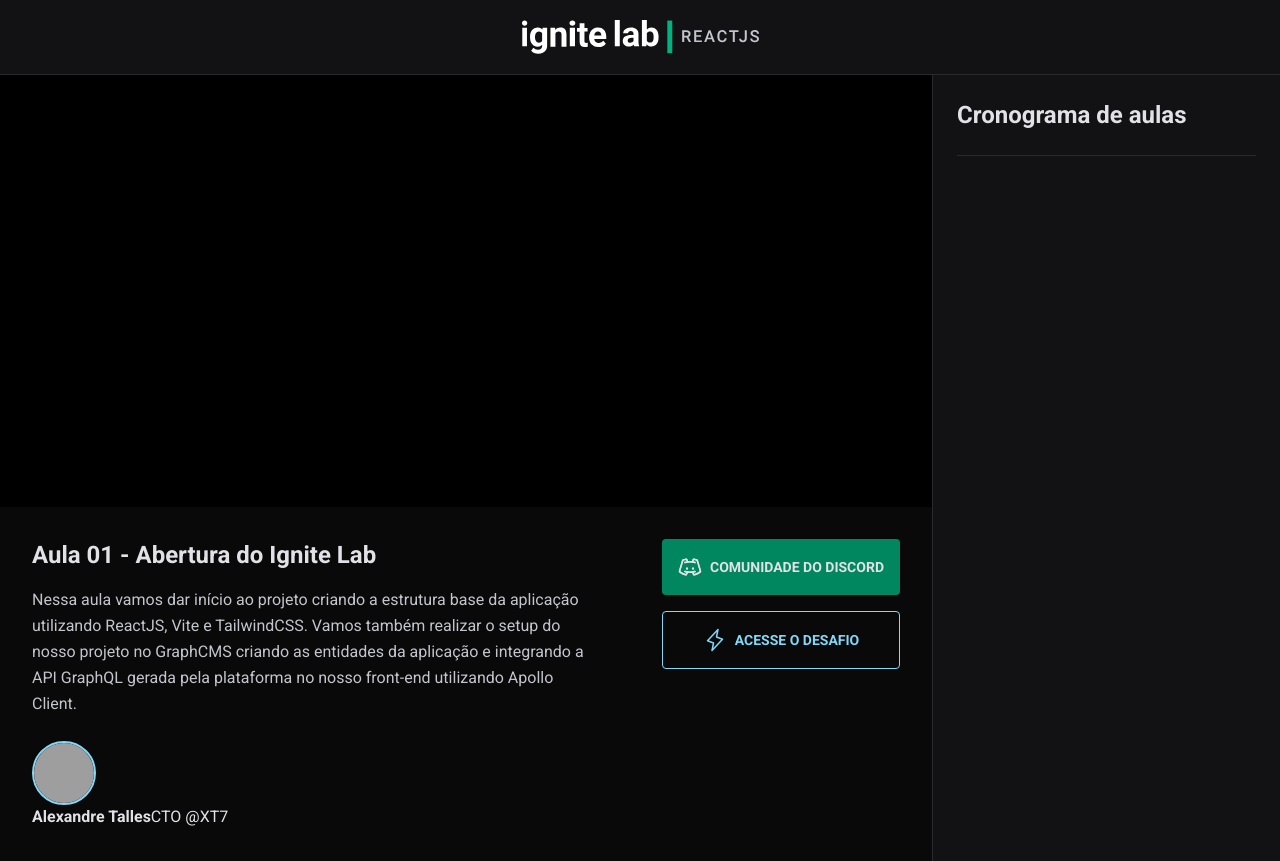
Repository: XFERRER7/Ignite-lab
Page: /
An editor plug-in stored every save of this project. The page is shown before and after the next save, followed by the edit.
The browser window is 1280 px wide. The pictures show the whole page.
Pictures or frames that could not be fetched are drawn as grey boxes. The page's requests for data from a server got no answer. The project was rebuilt for these pictures with package versions that can differ from the ones it lists, and the page was loaded fresh each time. No one was signed in, and anything a server would have sent is missing. Also part of the build but not shown: vite.config.ts, src/components/Lesson.tsx.

Above is the page before, as saved 2022-06-26 02:03:18.

### index.html
<!DOCTYPE html>
<html>
  <head>
    <meta charset="UTF-8" />
    <link rel="icon" type="image/svg+xml" href="/src/favicon.svg" />
    <meta name="viewport" content="width=device-width, initial-scale=1.0" />
    <title>Event Platform</title>
    <link rel="preconnect" href="https://fonts.googleapis.com">
<link rel="preconnect" href="https://fonts.gstatic.com" crossorigin>
<link href="https://fonts.googleapis.com/css2?family=Roboto:wght@400;500;700&display=swap" rel="stylesheet">
  </head>
  <body>
    <div id="root"></div>
    <script type="module" src="/src/main.tsx"></script>
  </body>
</html>

### src/main.tsx
import { ApolloProvider } from '@apollo/client'
import React from 'react'
import ReactDOM from 'react-dom/client'
import App from './App'
import { client } from './lib/apollo'
import './styles/Global.css'

ReactDOM.createRoot(document.getElementById('root')!).render(
  <React.StrictMode>
    <ApolloProvider client={client}>
    <App />
    </ApolloProvider>
  </React.StrictMode>
)

### src/App.tsx
import { Header } from "./components/Header"
import { Lesson } from "./components/Lesson"
import { SideBar } from "./components/SideBar"
import { Video } from "./components/Video"
import { Event } from "./pages/Event"

function App() {

  return (
    <div>
      <Event/>
    </div>
  )
}

export default App

### src/lib/apollo.ts
import { ApolloClient, InMemoryCache } from "@apollo/client";

export const client = new ApolloClient({
  uri: 'https://api-sa-east-1.graphcms.com/v2/cl4oe0npq21lo01xi4o5e7kb5/master',
  cache: new InMemoryCache()
})

### src/styles/Global.css
@tailwind base;
@tailwind components;
@tailwind utilities;

body {
  @apply text-gray-100 bg-gray-900;
  -webkit-font-smoothing: antialiased;
}

### src/pages/Event.tsx
import React from 'react'
import { Header } from '../components/Header'
import { SideBar } from '../components/SideBar'
import { Video } from '../components/Video'

export const Event = () => {
  return (
    <>
    <div className='flex flex-col min-h-screen'>
      <Header/>
      <main className='flex flex-1'>
      <Video/>
      <SideBar/>
      </main>
    </div>

    </>
  )
}

### src/components/Header.tsx
import React from 'react'
import { Logo } from './Logo'

export const Header = () => {
  return (
    <header className='w-full py-5 flex items-center justify-center bg-gray-700 border-b border-gray-600'>
      <Logo/>
    </header>
  )
}

### src/components/SideBar.tsx
import { gql, useQuery } from '@apollo/client'
import React from 'react'
import { Lesson } from './Lesson'


const GET_LESSONS_QUERY = gql`
  query {
    lessons(orderBy: availableAt_ASC, stage: PUBLISHED) {
      id
      slug
      title
      availableAt
      lessonType
    }
}

`

interface GetLessonsQueryResponse {
  lessons: {
    id: string
    slug:string
    title:string
    availableAt:string
    lessonType: 'live' | 'class'
  }[]
}


export const SideBar = () => {

  const {data} = useQuery<GetLessonsQueryResponse>(GET_LESSONS_QUERY)

  return (
    <aside className='w-[348px] bg-gray-700 p-6 border-l border-gray-600'>
      <span className='font-bold text-2xl pb-6 mb-6 border-b border-gray-600 block'>Cronograma de aulas</span>

      <div className='flex flex-col gap-8'>
        {
          data?.lessons.map(lesson => {
            return (
              <Lesson
              title={lesson.title}
              slug={lesson.slug}
              avaliableAt={new Date(lesson.availableAt)}
              type={lesson.lessonType}/>
            )
          })
        }

      </div>
    </aside>
  )
}

### src/components/Video.tsx
import { DiscordLogo, Lightning } from 'phosphor-react'
import React from 'react'

export const Video = () => {
  return (
    <div className="flex-1">
      <div className="bg-black flex justify-center">
        <div className='h-full w-full max-w-[1100px] max-h-[60vh] aspect-video'></div>
      </div>

      <div className='p-8 max-w-[1100px] mx-auto'>

        <div className='flex items-start gap-16'>
          <div className='flex-1'>
            <h1 className='text-2xl font-bold'>Aula 01 - Abertura do Ignite Lab</h1>
            <p className='mt-4 text-gray-200 leading-relaxed'>
              Nessa aula vamos dar início ao projeto criando a estrutura base da aplicação
              utilizando ReactJS, Vite e TailwindCSS. Vamos também realizar o setup do nosso
              projeto no GraphCMS criando as entidades da aplicação e integrando a API GraphQL
              gerada pela plataforma no nosso front-end utilizando Apollo Client.
            </p>
            <div className='flex items-center gap-4 mt-6'>
              <img
              src="https://avatars.githubusercontent.com/u/83144784?v=4"
              alt="perfil professor"
              className='h-16 w-16 rounded-full border-2 border-blue-500'
              />
            </div>
            <div>
              <strong>Alexandre Talles</strong>
              <span>CTO @XT7</span>
            </div>
          </div>
          <div className='flex flex-col gap-4 '>
            <a href=""
            className='p-4 text-sm bg-green-500 flex items-center rounded font-bold uppercase
            gap-2 justify-center hover:bg-green-700 transition-colors'>
              <DiscordLogo size={24}/>
              Comunidade do discord
            </a>
            <a href="" className='p-4 text-sm border text-blue-500  border-blue-500 flex items-center rounded font-bold uppercase
            gap-2 justify-center hover:bg-blue-500 hover:text-gray-500 transition-colors'>
              <Lightning size={24}/>
              Acesse o desafio
            </a>
          </div>
        </div>

        <div>

        </div>

      </div>

    </div>
  )

}

### src/components/Logo.tsx
import React from "react";

export function Logo() {
  return (
    <svg
      xmlns="http://www.w3.org/2000/svg"
      width="237"
      height="34"
      fill="none"
      viewBox="0 0 237 34"
    >
      <path
        fill="#fff"
        d="M.002 3.112a2.49 2.49 0 01.165-.987c.12-.314.304-.595.535-.83A2.906 2.906 0 012.615.572c.698 0 1.374.257 1.912.723.23.24.412.524.536.837a2.701 2.701 0 010 1.979 2.568 2.568 0 01-.536.837 2.889 2.889 0 01-1.907.723 2.901 2.901 0 01-1.908-.723 2.458 2.458 0 01-.538-.84 2.645 2.645 0 01-.172-.996zm4.96 23.146H.273V7.862h4.689v18.397zM8.012 16.973c0-2.853.686-5.145 2.055-6.883a6.653 6.653 0 015.528-2.606 5.869 5.869 0 014.802 2.09l.2-1.751h4.538v17.95a7.891 7.891 0 01-1.12 4.246 7.243 7.243 0 01-3.147 2.752 11.155 11.155 0 01-4.742.94c-1.378 0-2.74-.279-4.008-.812a7.08 7.08 0 01-2.946-2.11l2.208-3.02a5.905 5.905 0 004.543 2.08 4.356 4.356 0 003.104-1.059 3.938 3.938 0 001.103-2.993v-.994a5.775 5.775 0 01-4.555 1.935 6.647 6.647 0 01-3.05-.652 6.615 6.615 0 01-2.408-1.967c-1.397-1.752-2.085-4.089-2.085-6.942v-.21h-.025l.005.006zm4.997.355a6.723 6.723 0 001.026 3.956 3.233 3.233 0 002.799 1.443c.651.045 1.3-.088 1.878-.39a3.52 3.52 0 001.396-1.305v-7.825a3.448 3.448 0 00-1.374-1.305 3.504 3.504 0 00-1.86-.39 3.28 3.28 0 00-1.61.365 3.22 3.22 0 00-1.219 1.103c-.688.975-1.036 2.418-1.036 4.348zM33.098 7.833l.158 2.196a6.527 6.527 0 012.371-1.927 6.38 6.38 0 012.971-.62c1.97 0 3.438.597 4.39 1.79.953 1.194 1.456 2.936 1.486 5.293v12.249h-4.962V14.683a3.367 3.367 0 00-.684-2.344 3.086 3.086 0 00-1.069-.598 3.008 3.008 0 00-1.211-.13 3.349 3.349 0 00-1.821.454c-.553.32-1.01.794-1.313 1.367v13.37H28.45V7.845l4.647-.012zM47.512 3.112a2.304 2.304 0 01.185-.988 2.42 2.42 0 01.59-.831A3.439 3.439 0 0150.404.57c.772 0 1.52.256 2.117.723.508.486.792 1.142.792 1.826 0 .683-.284 1.34-.792 1.826a3.417 3.417 0 01-2.11.723c-.77 0-1.517-.257-2.11-.723a2.47 2.47 0 01-.594-.839 2.342 2.342 0 01-.19-.994h-.005zm5.483 23.149h-5.18V7.86h5.18v18.4zM62.454 3.334v4.612h3.107v3.677h-3.107v9.382c-.05.53.091 1.063.395 1.495a1.824 1.824 0 001.473.45c.476.002.95-.035 1.421-.114v3.803a9.672 9.672 0 01-2.939.449c-3.398 0-5.128-1.775-5.19-5.32V11.644h-2.642V7.968h2.643V3.356h4.841v-.025l-.002.003zM76.487 27.08a9.277 9.277 0 01-6.759-2.55c-1.74-1.699-2.605-3.957-2.605-6.797v-.494a11.295 11.295 0 011.098-5.08 8.141 8.141 0 013.111-3.465 8.72 8.72 0 014.59-1.22c2.577 0 4.62.815 6.098 2.449 1.478 1.633 2.226 3.94 2.226 6.929v2.055h-12.01a4.665 4.665 0 001.473 2.971 4.487 4.487 0 003.111 1.111 5.426 5.426 0 004.548-2.115l2.476 2.781a7.506 7.506 0 01-3.07 2.507 9.81 9.81 0 01-4.287.916v.002zm-.594-15.514a3.127 3.127 0 00-2.428 1.012 5.405 5.405 0 00-1.188 2.912h7.006v-.405a3.749 3.749 0 00-.908-2.608 3.252 3.252 0 00-2.45-.908h-.03l-.002-.003zM97.771 26.259h-4.957V0h4.957V26.26zM112.209 26.259c-.227-.444-.392-.997-.496-1.659-1.196 1.333-2.751 2.002-4.666 2.002-1.811 0-3.314-.523-4.504-1.572-1.191-1.049-1.786-2.372-1.786-3.966 0-1.96.725-3.464 2.179-4.513 1.453-1.049 3.553-1.58 6.3-1.59h2.273v-1.06c0-.854-.22-1.54-.659-2.051-.44-.513-1.131-.77-2.078-.77-.832 0-1.486.2-1.957.6-.474.4-.708.945-.708 1.64h-4.941c0-1.07.331-2.062.992-2.973.662-.91 1.597-1.626 2.804-2.144 1.206-.518 2.564-.778 4.069-.778 2.28 0 4.089.573 5.429 1.718 1.34 1.145 2.009 2.756 2.009 4.83v8.017c.012 1.754.256 3.082.735 3.983v.29h-4.992l-.003-.004zm-4.086-3.435c.728 0 1.402-.163 2.016-.486.614-.326 1.071-.76 1.367-1.308v-3.181h-1.846c-2.472 0-3.79.854-3.948 2.564l-.017.291c0 .614.217 1.123.649 1.523.434.4 1.026.6 1.779.6v-.003zM136.58 17.183c0 2.963-.632 5.273-1.898 6.931-1.265 1.659-3.032 2.488-5.3 2.488-2.006 0-3.608-.77-4.805-2.308l-.222 1.967h-4.444V.001h4.94v9.418c1.14-1.332 2.638-2 4.496-2 2.256 0 4.025.828 5.308 2.487 1.283 1.658 1.923 3.992 1.923 7v.274l.002.003zm-4.94-.358c0-1.868-.296-3.233-.889-4.094-.592-.861-1.475-1.29-2.65-1.29-1.572 0-2.655.643-3.247 1.932v7.299c.604 1.298 1.697 1.95 3.282 1.95 1.584 0 2.643-.788 3.146-2.36.239-.752.358-1.897.358-3.437z"
      ></path>
      <path
        fill="#C4C4CC"
        d="M164.51 17.501h-2.283v4.53h-2.048v-11.78h4.143c1.36 0 2.408.306 3.149.915.74.61 1.108 1.493 1.108 2.648 0 .787-.19 1.449-.57 1.98-.38.532-.911.94-1.59 1.226l2.646 4.906v.106h-2.194l-2.364-4.531h.003zm-2.283-1.65h2.105c.691 0 1.229-.176 1.619-.524.39-.348.582-.824.582-1.429 0-.604-.18-1.12-.538-1.466-.358-.345-.893-.523-1.606-.533h-2.162V15.85zM179.066 16.773h-4.839v3.625h5.656v1.634h-7.704V10.25h7.648v1.65h-5.6v3.253h4.839v1.62zM189.803 19.29h-4.565l-.955 2.744h-2.127l4.452-11.783h1.836l4.459 11.783h-2.137l-.963-2.744zm-3.99-1.65h3.415l-1.707-4.89-1.708 4.89zM204.716 18.197c-.119 1.256-.583 2.238-1.392 2.941-.81.703-1.885 1.056-3.228 1.056-.938 0-1.764-.222-2.48-.668-.715-.445-1.266-1.079-1.656-1.898-.387-.82-.589-1.772-.607-2.858v-1.1c0-1.11.198-2.09.59-2.937.392-.846.96-1.5 1.695-1.96.736-.458 1.587-.688 2.554-.688 1.301 0 2.347.353 3.139 1.057.792.703 1.254 1.7 1.385 2.99h-2.039c-.096-.846-.343-1.458-.74-1.833-.397-.375-.977-.563-1.745-.563-.89 0-1.574.326-2.05.977-.479.652-.721 1.605-.733 2.863v1.044c0 1.273.227 2.245.683 2.917.457.668 1.123 1.004 2.004 1.004.805 0 1.409-.18 1.814-.543.405-.363.661-.962.77-1.804h2.038l-.002.003zM216.481 11.902h-3.674v10.132h-2.031V11.902h-3.642V10.25h9.347v1.65zM222.759 10.251h2.039v8.262c0 1.127-.353 2.023-1.057 2.687-.703.664-1.633.995-2.788.995-1.229 0-2.179-.311-2.848-.93-.669-.62-1.004-1.484-1.004-2.59h2.038c0 .627.156 1.096.467 1.412.31.316.76.474 1.347.474.55 0 .989-.183 1.315-.545.326-.366.489-.867.489-1.51V10.25h.002zM234.952 18.999c0-.518-.183-.918-.545-1.197-.363-.279-1.022-.563-1.972-.849-.95-.286-1.705-.604-2.265-.955-1.074-.674-1.612-1.555-1.612-2.638 0-.95.388-1.732 1.163-2.347.774-.614 1.779-.922 3.015-.922.819 0 1.55.15 2.194.454a3.597 3.597 0 011.513 1.29c.367.558.55 1.177.55 1.858h-2.038c0-.614-.193-1.095-.578-1.443-.385-.348-.938-.524-1.656-.524-.668 0-1.189.144-1.557.43-.37.286-.555.686-.555 1.197 0 .432.2.792.6 1.08.399.29 1.056.57 1.974.842.918.271 1.653.582 2.208.93.556.348.963.748 1.222 1.197.259.452.387.977.387 1.582 0 .982-.375 1.762-1.127 2.342-.753.58-1.775.87-3.063.87a5.755 5.755 0 01-2.352-.473c-.715-.316-1.27-.75-1.668-1.308-.397-.555-.594-1.204-.594-1.942h2.048c0 .669.222 1.187.664 1.555.441.367 1.075.55 1.902.55.713 0 1.246-.143 1.607-.432.357-.288.538-.671.538-1.145l-.003-.002z"
      ></path>
      <path fill="#00B37E" d="M150.271 33.146h-4.958V.57h4.958v32.576z"></path>
    </svg>
  );
}

### tailwind.config.js
/** @type {import('tailwindcss').Config} */
module.exports = {
  content: [
    './src/**/*.tsx'
  ],
  theme: {
    extend: {
      fontFamily: {
        sans: 'Roboto, sans-serif'
      },
      colors: {
        green: {
          300: '#00B37E',
          500: '#00875F',
          700: '#015F43',
        },
        blue: {
          500: '#81D8F7',
        },
        orange: {
          500: '#FBA94C',
        },
        red: {
          500: '#F75A68',
        },
        gray: {
          100: '#E1E1E6',
          200: '#C4C4CC',
          300: '#8D8D99',
          500: '#323238',
          600: '#29292E',
          700: '#121214',
          900: '#09090A'
        }
      }
    },
  },
  plugins: [],
}

After the next save:
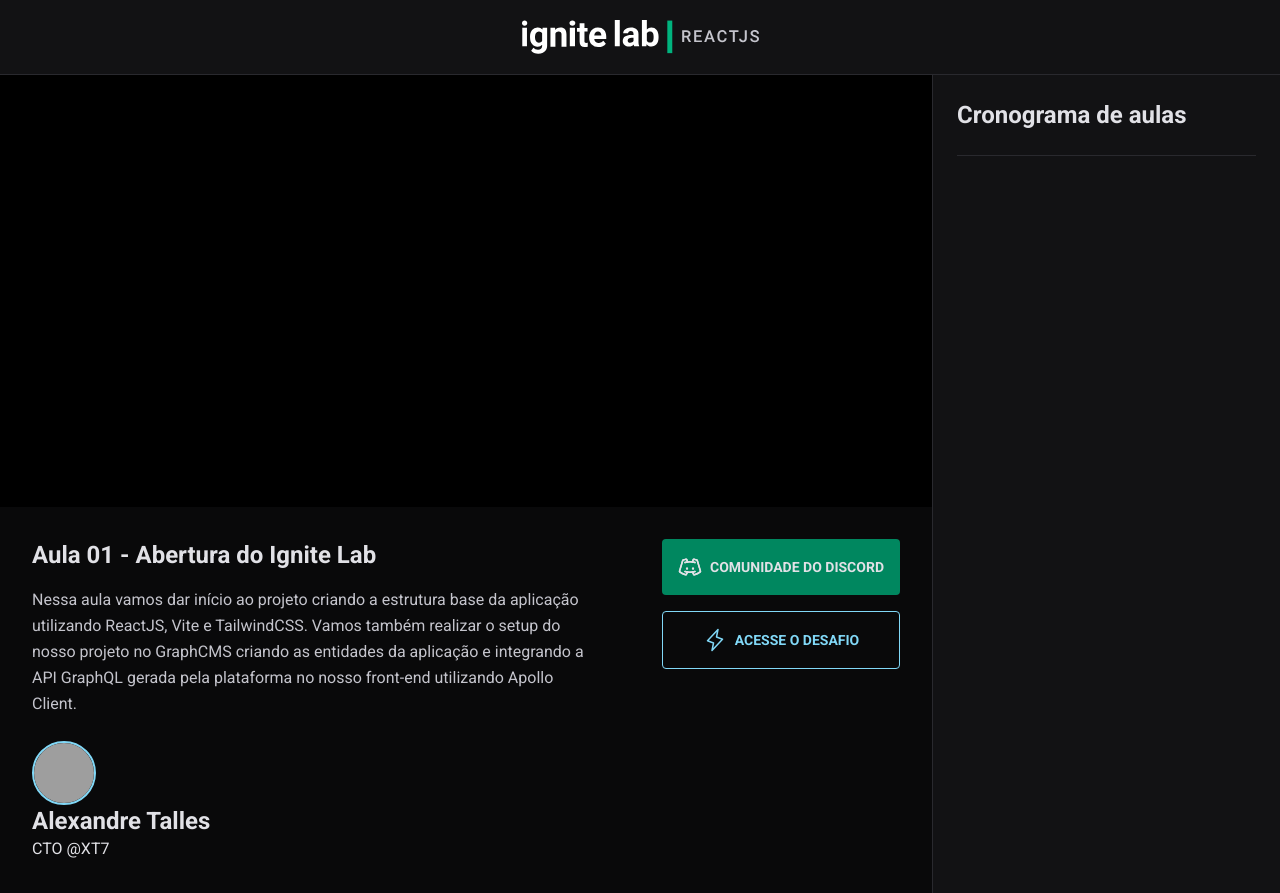
Saved 12 s later.
--- a/src/components/Video.tsx
+++ b/src/components/Video.tsx
@@ -27,7 +27,7 @@
               />
             </div>
             <div>
-              <strong>Alexandre Talles</strong>
+              <strong className='font-bold text-2xl block'>Alexandre Talles</strong>
               <span>CTO @XT7</span>
             </div>
           </div>
